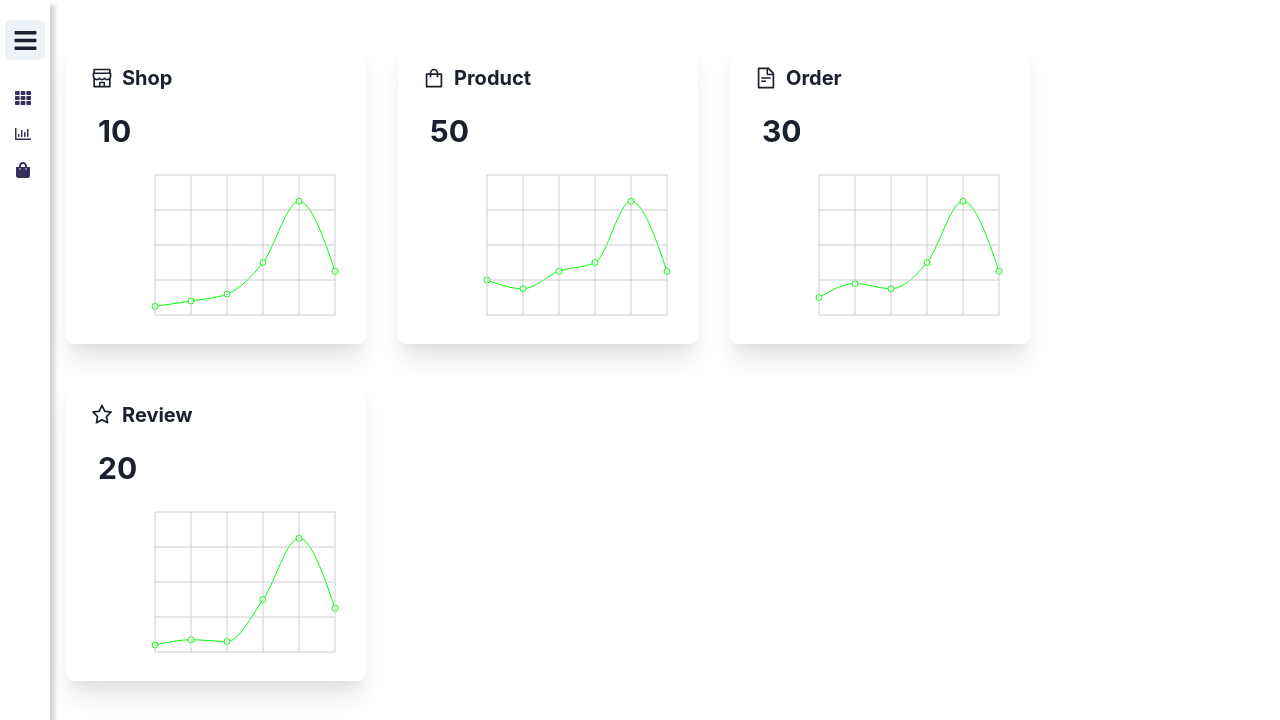
Repository: Andarg01/chakra-dashboard
Page: /analytics
An editor plug-in stored every save of this project. The page is shown before and after the next save, followed by the edit.
The browser window is 1280 px wide. The pictures show the whole page.
The project was rebuilt for these pictures with package versions that can differ from the ones it lists, and the page was loaded fresh each time. Also part of the build but not shown: src/components/ProductModal.tsx, src/components/ProductTable.tsx, src/pages/ProductList.tsx, src/components/Dashboard.tsx.

Above is the page before, as saved 2024-03-12 03:23:50.

After the next save:
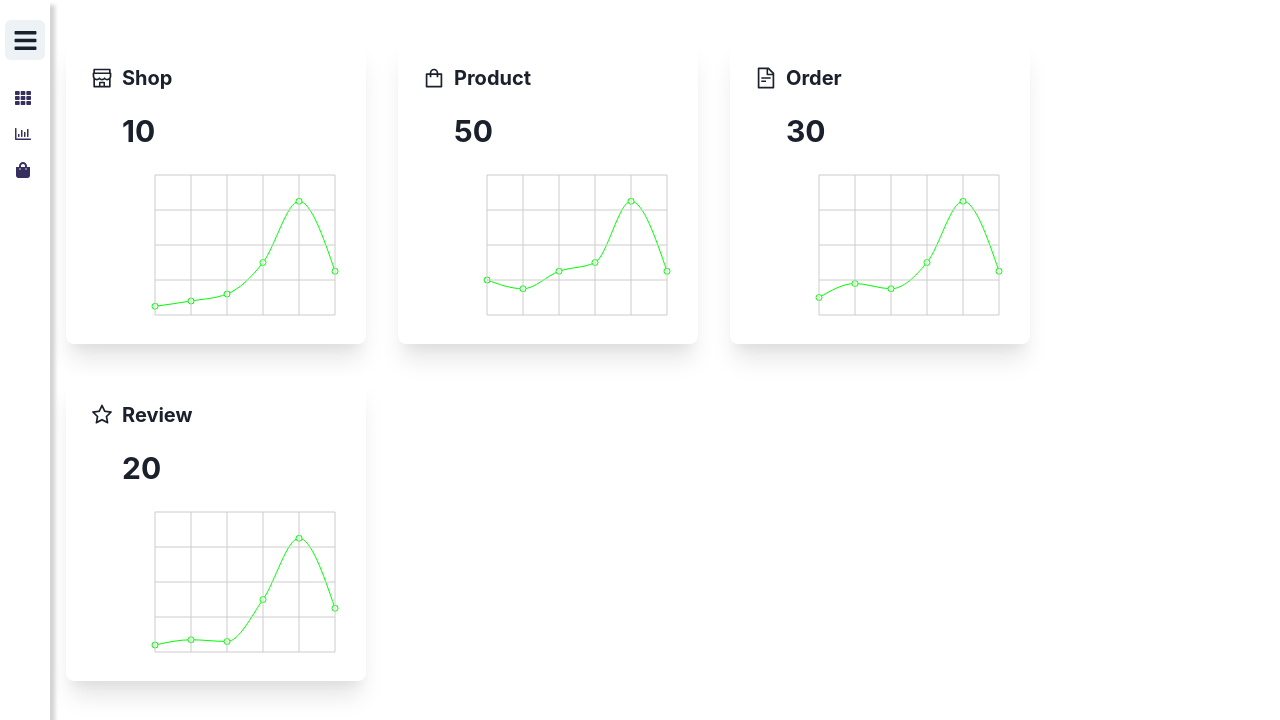
Saved 15 s later.
--- a/src/pages/Analytics.tsx
+++ b/src/pages/Analytics.tsx
@@ -39,7 +39,7 @@ const AnalyticsCard: React.FC<AnalyticsCardProps> = ({ title, value, data, icon
           {title}
         </Text>
       </Flex>
-      <Text fontSize="3xl" fontWeight="bold" mb={4} pl={2}>
+      <Text fontSize="3xl" fontWeight="bold" mb={4} pl={8}>
         {value}
       </Text>
       <Flex flex="1" direction="column" justify="flex-end">
